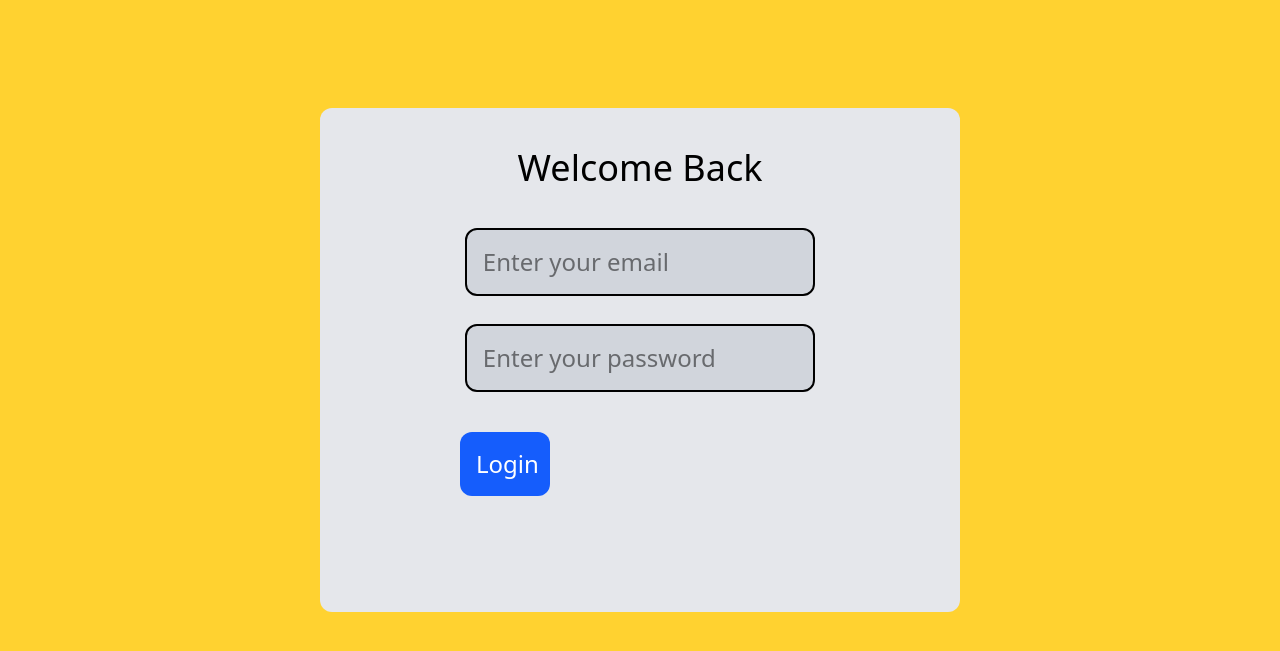
Repository: Habeebur1493/React-App
Page: /
The author's editor kept a copy of each file at every save. The page is drawn from the files as they stood at one save, then again after the next save.
The browser window is 1280 px wide. The pictures show the whole page.
The page's requests for data from a server got no answer. The project was rebuilt for these pictures with package versions that can differ from the ones it lists, and the page was loaded fresh each time. No one was signed in, and anything a server would have sent is missing. Also part of the build but not shown: vite.config.js, src/Components/Nav.jsx, src/Components/Loading.jsx, src/Components/Home.jsx, src/Components/Details.jsx, src/Components/Addproducts.jsx, src/Components/ShowProducts.jsx.

Above is the page before, as saved 2025-02-06 01:44:21.

After the next save:
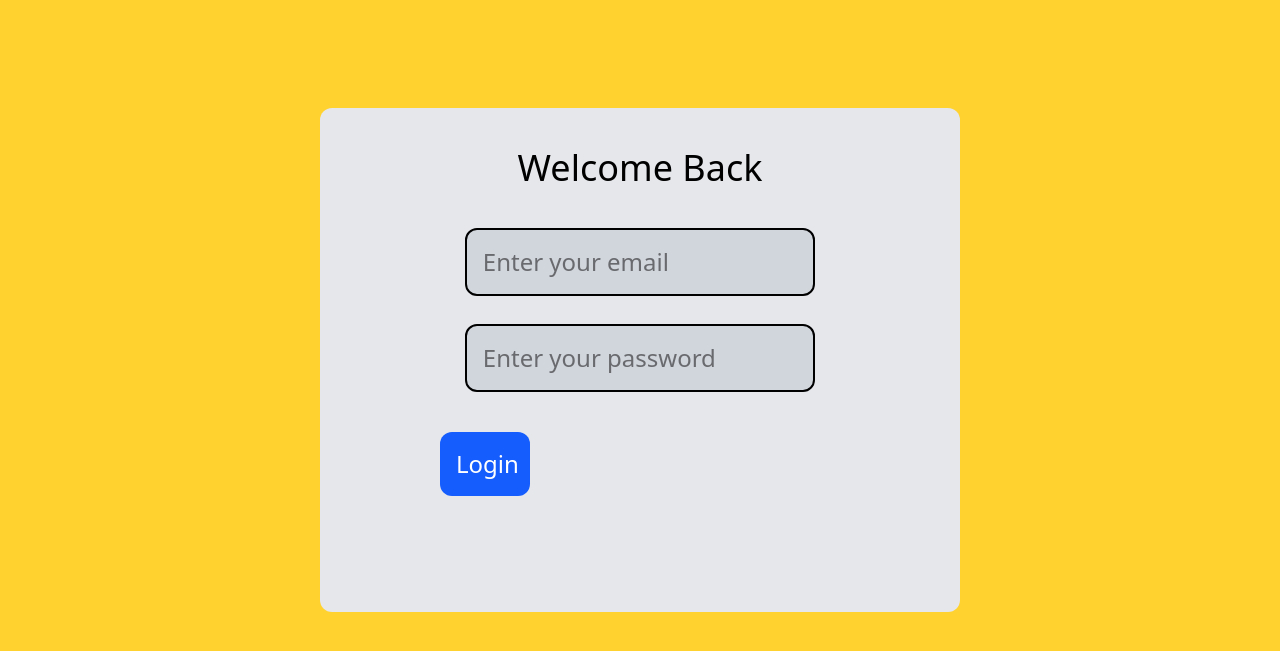
Saved 14 s later.
--- a/src/Components/Login.jsx
+++ b/src/Components/Login.jsx
@@ -62,7 +62,7 @@ const Login = () => {
             <button
               onClick={login}
               className="w-[40%] md:w[25%] lg:w-[15%] p-4 bg-blue-600 text-white
-              text-lg md:text-xl lg:text-2xl rounded-xl mt-5 cursor-pointer ml-30"
+              text-lg md:text-xl lg:text-2xl rounded-xl mt-5 cursor-pointer ml-25"
             >
               Login
             </button>
